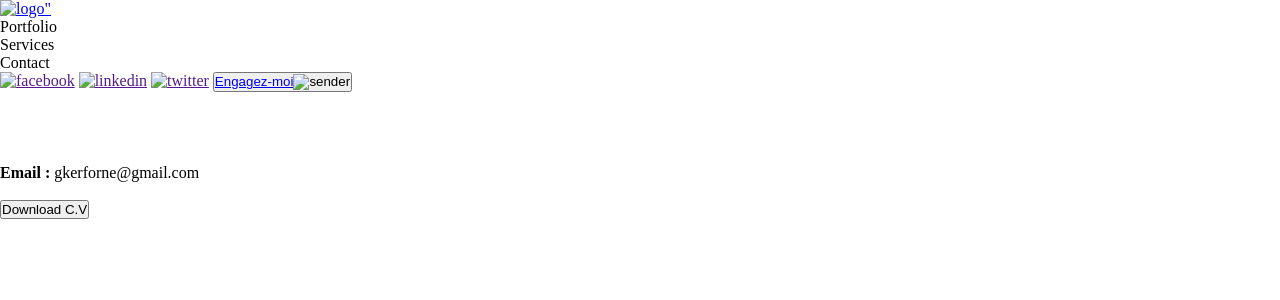
Repository: helfina/my_SiteWeb_gaelle-kfe
Page: index.html
The author's editor kept a copy of each file at every save. The page is drawn from the files as they stood at one save, then again after a run of saves.
The browser window is 1280 px wide. The pictures show the whole page.

Above is the page before, as saved 2020-11-08 11:29:17.

### index.html
<!DOCTYPE html>
<html lang="en">
<head>
    <meta charset="UTF-8">
    <meta name="viewport" content="width=device-width, initial-scale=1.0">
    <link rel="stylesheet" href="assets/css/style.css">

    <title>Gaëlle Kerforne étudiante Freelances</title>


</head>
<body>
    <!-------------------------------------------------------------
                                HEADER
    -------------------------------------------------------------->
    <header>
        <nav>
            <a href="index.html"><img src="" alt=logo"></a>
            <ul>
                <li><a href=""></a>Portfolio</li>
                <li><a href=""></a>Services</li>
                <li><a href=""></a>Contact</li>
            </ul>
            <a href=""><img src="" alt="facebook"></a>
            <a href=""><img src="" alt="linkedin"></a>
            <a href=""><img src="" alt="twitter"></a>

            <button><a href="mailto:gkerforne@gmail.com">Engagez-moi</a><img src="" alt="sender"></button>

        </nav>
    </header>
    <main>
        <section>
            <h1></h1>
            <h2></h2>
            <img src="" alt="">
            <ul>
                <li><strong></strong></li>
                <li><strong></strong></li>
                <li><strong></strong></li>
                <li><a href="mailto:gkerforne@gmail.com"></a><strong>Email : </strong> gkerforne@gmail.com</li>
                <li><a href="tel:0786598911"></a><strong></strong></li>
            </ul>
            <button><a href="" download=""></a>Download C.V</button>
        </section>
        <section>
            <h3></h3>
            <h3></h3>
            <div>
                <article>

                </article>
            </div>
            <div>
                <article>

                </article>
            </div>
        </section>
    </main>
</body>
</html>

### assets/css/style.css
/*
                    RESET CSS
*/
* {
  margin: 0;
  padding: 0;
  outline: 0;
  box-sizing: border-box;
}

body {
 background: ;
 color: ;
 -webkit-font-smoothing: antialiased;
}

body, input, button {
 font-size: ;
 font-family: ;
}

button {
 cursor: pointer;
}
/*
                   Index
*/

After the next 2 saves:
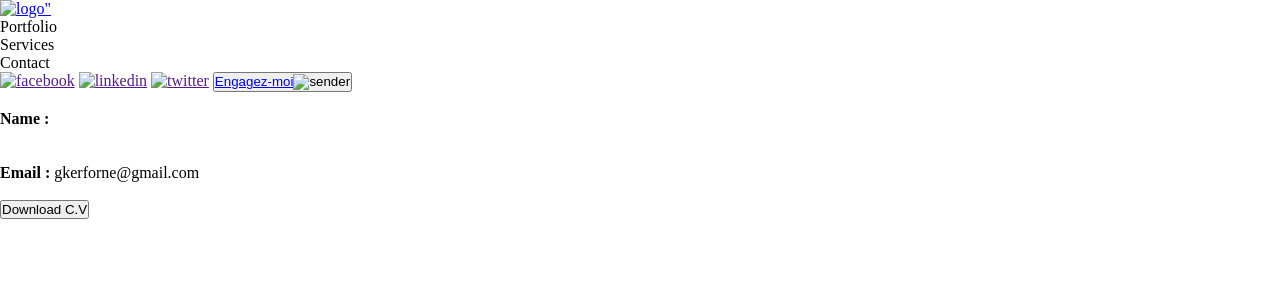
The 2 saves are shown as one change because they came seconds apart.
The last was saved 8 s later.
--- a/index.html
+++ b/index.html
@@ -35,7 +35,7 @@
             <h2></h2>
             <img src="" alt="">
             <ul>
-                <li><strong></strong></li>
+                <li><strong>Name : </strong></li>
                 <li><strong></strong></li>
                 <li><strong></strong></li>
                 <li><a href="mailto:gkerforne@gmail.com"></a><strong>Email : </strong> gkerforne@gmail.com</li>
